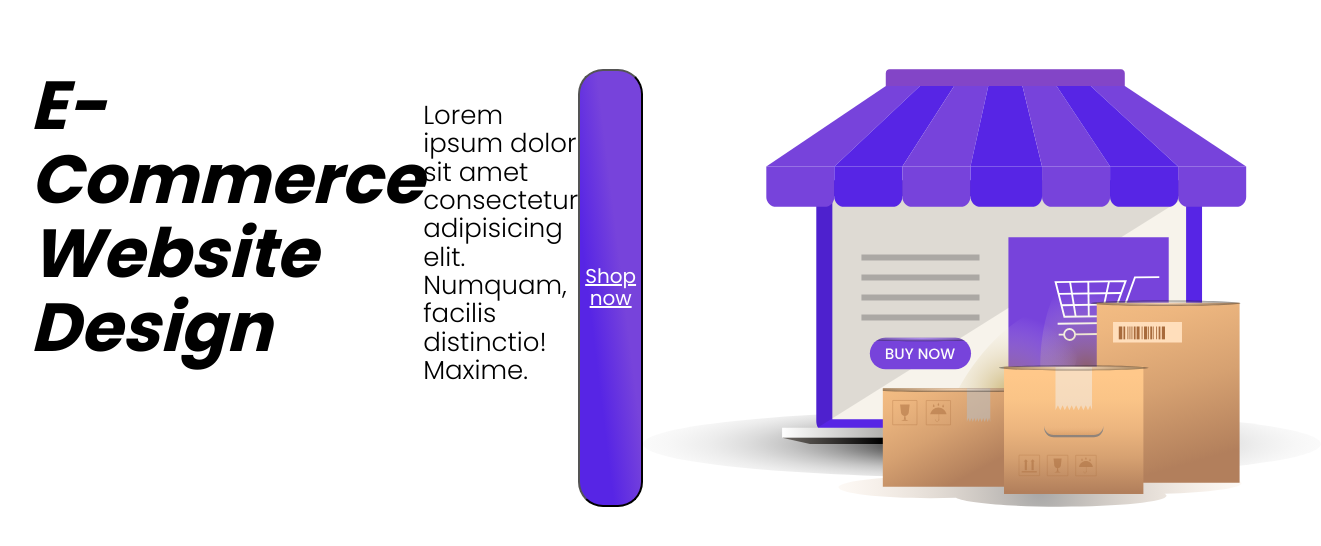
Repository: MehdiKerimov/figma-task-19
Page: pages/homePage/index.html
An editor plug-in stored every save of this project. The page is shown before and after a run of saves, followed by the edit.
The browser window is 1280 px wide. The page is 1321 px wide, then 1316 px, so the pictures cover 1321 px, including what lies to the right of the window. The pictures show the whole page.
The style sheet was rebuilt from its Sass, Less or Tailwind sources for each picture, by a compiler version that may differ from the author's.

Above is the page before, as saved 2023-12-02 15:37:40.

After the next 2 saves:
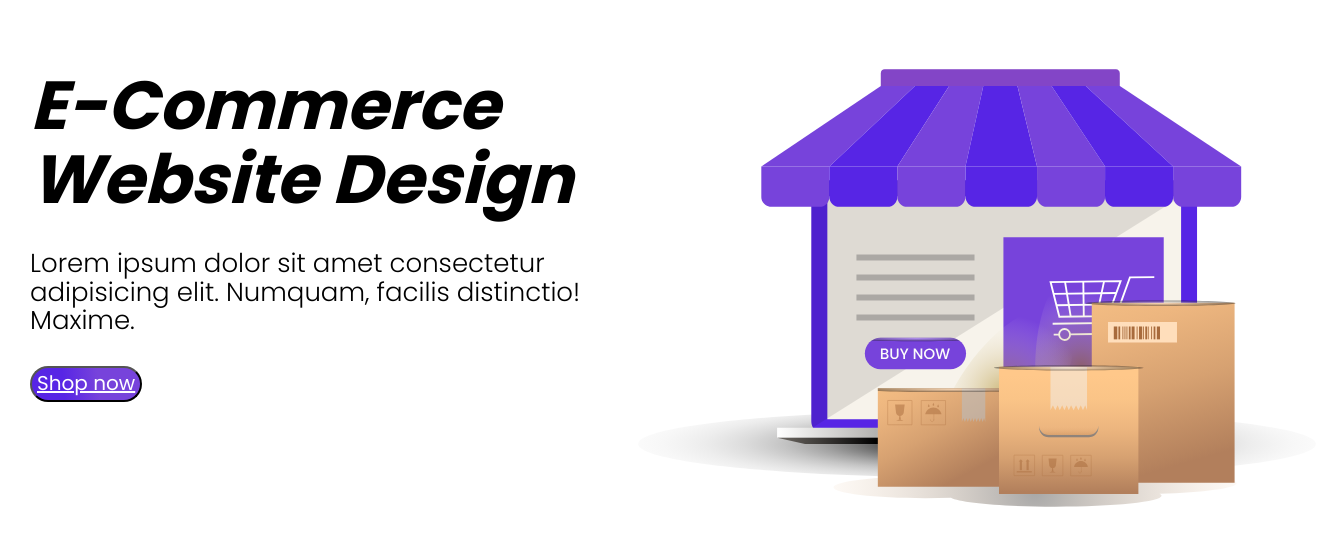
The 2 saves are shown as one change because they came seconds apart.
The last was saved 7 s later.
--- a/pages/homePage/index.html
+++ b/pages/homePage/index.html
@@ -17,14 +17,14 @@
       </nav>
       <main>
         <div class="left-container">
+          <h2>E-Commerce Website Design</h2>
+          <p>
+            Lorem ipsum dolor sit amet consectetur adipisicing elit. Numquam,
+            facilis distinctio! Maxime.
+          </p>
+          <button><a href="">Shop now</a></button>
+        </div>
 
-        </div>
-        <h2>E-Commerce Website Design</h2>
-        <p>
-          Lorem ipsum dolor sit amet consectetur adipisicing elit. Numquam,
-          facilis distinctio! Maxime.
-        </p>
-        <button><a href="">Shop now</a></button>
         <img src="../../assets/images/Group (3).svg" alt="">
       </main>
     </div>
